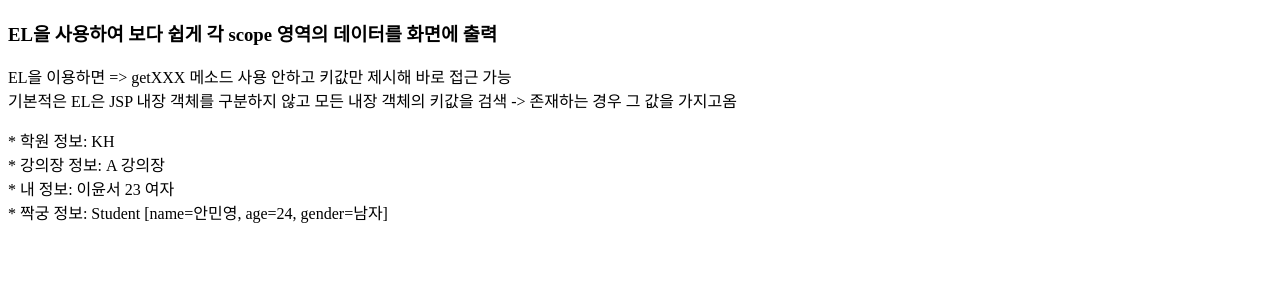
Repository: yoonseo0832/workspace
Page: http://localhost/2_jsp/el.do
An editor plug-in stored every save of this project. The page is shown before and after the next save, followed by the edit.
The browser window is 1280 px wide. The pictures show the whole page.
The page is served by Tomcat 9.

Above is the page before, as saved 2025-03-20 03:33:23.

After the next save:
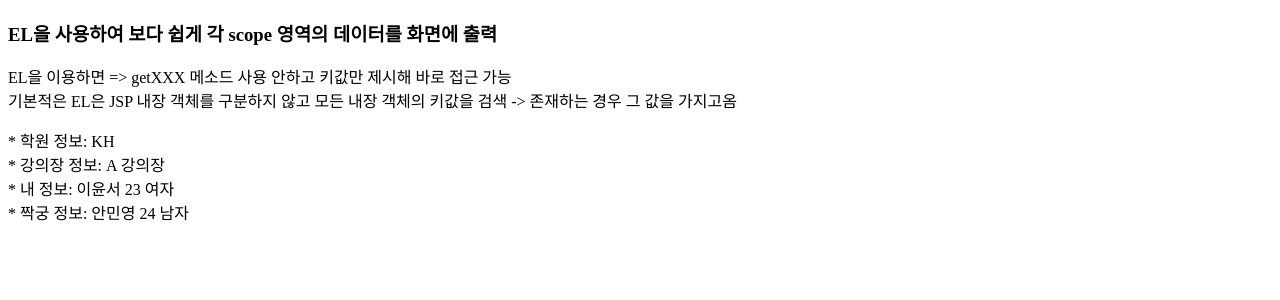
Saved 20 s later.
--- a/05_server/2_jsp/src/main/webapp/views/2_EL/1_el.jsp
+++ b/05_server/2_jsp/src/main/webapp/views/2_EL/1_el.jsp
@@ -36,7 +36,7 @@
 		* 학원 정보: ${ academy }<br>
 		* 강의장 정보:  ${ classroom }<br>
 		* 내 정보:	${ student2.name } ${ student2.age } ${ student2.gender }<br>
-		* 짝궁 정보:	${ student }
+		* 짝궁 정보:	${ student.name } ${ student.age } ${ student.gender }
 	</p>
 
 </body>
